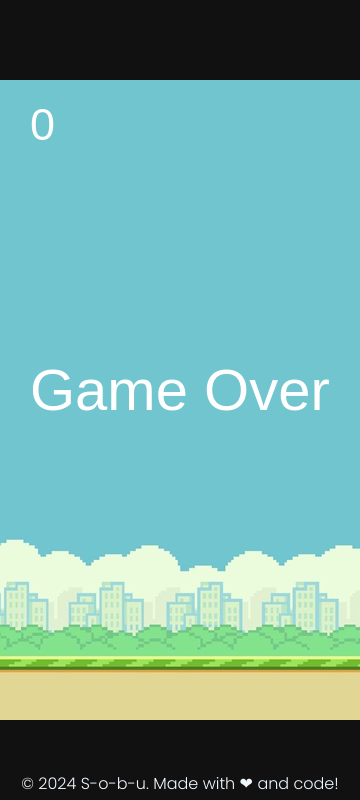
Repository: S-o-b-u/Flappy-Bird
Page: index.html
The author's editor kept a copy of each file at every save. The page is drawn from the files as they stood at one save, then again after a run of saves.
The browser window is 360 px wide. The pictures show the whole page.

Above is the page before, as saved 2024-09-29 23:42:24.

### index.html
<!DOCTYPE html>
<html lang="en">
<head>
    <meta charset="UTF-8">
    <meta name="viewport" content="width=device-width, initial-scale=1.0">
    <title>Flappy Bird</title>
    <link rel="stylesheet" href="style.css">
    <script src="script.js"></script>
</head>
<body>
   <div class="content">
    <div class="text">
        <h1>Flappy Bird</h1>
        <p>Hold onto your feathers! My Flappy Bird clone is here to test your tapping skills. Dive in and flap your way to victory!</p>
    </div>
    <h2>Warning: Highly addictive!</h2>
   </div>
    <canvas id="board"></canvas>
    <h4>© 2024 S-o-b-u. Made with ❤ and code!
    </h4>
</body>
</html>

### style.css
@import url("https://fonts.googleapis.com/css2?family=Poppins:ital,wght@0,100;0,200;0,300;0,400;0,500;0,600;0,700;0,800;0,900;1,100;1,200;1,300;1,400;1,500;1,600;1,700;1,800;1,900&display=swap");
* {
  padding: 0;
  margin: 0;
  box-sizing: border-box;
  font-family: Poppins, system-ui;
}
@font-face {
  font-family: flappy;
  src: url(./FlappybirdyRegular-KaBW.ttf);
}
body,
html {
  overflow: hidden;
  background-color: #111;
}
#board {
  position: absolute;
  left: 50%;
  top: 50%;
  transform: translate(-50%, -50%);

  /* background-color: skyblue; */
  background-image: url(./flappybirdbg.png);
}

.text {
  position: absolute;
  top: 38%;
  left: 4vw;
  color: aliceblue;
}
h1 {
  font-family: flappy;
  font-size: 10vw;
}
p {
  font-family: flappy;
  font-size: 2vw;
  width: 48%;
}
h2 {
  position: absolute;
  top: 40%;
  right: 2vw;
  color: #d91656;
  font-size: 3vw;
  width: 30%;
}
h4 {
  position: absolute;
  color: aliceblue;
  font-weight: 300;
  bottom: 1vw;
  left: 1vw;
}

@media screen and (max-width: 600px) {
  h4 {
    left: 0;
    margin-bottom: 18vw;
    width: 100%;
    display: flex;
    justify-content: center;
    align-items: center;
  }
  .text {
    width: 100%;
    top: 4%;
    left: 0%;
    text-align: center;
  }
  h1 {
    font-size: 25vw;
  }
  h2 {
    display: none;
  }
  p {
    display: none;
  }
}
@media screen and (max-width: 360px) {
  h4 {
    margin-bottom: 0;
    b
    font-size: 4vw;
    width: 100%;
    text-align: center;
  }
  .content {
    display: none;
  }
}

### script.js
//board
let board;
let boardWidth = 360;
let boardHeight = 640;
let context;

//bird
let birdWidth = 34;
let birdHeight = 24;
let birdX = boardWidth / 8;
let birdY = boardHeight / 2;

//bird object
let bird = {
  x: birdX,
  y: birdY,
  width: birdWidth,
  height: birdHeight,
};
let birdImg;

//pipes
let pipeArray = [];
let pipeWidth = 64;
let pipeHeight = 512;

let pipeX = boardWidth;
let pipeY = 0;

let topPipeImg;
let bottomPipeImg;

//physics
let velocityX = -2;
let velocityY = 0;
let gravity = 0.5;

//gameover
let gameOver = false;
//score
let score = 0;

window.onload = function () {
  board = document.getElementById("board");
  board.width = boardWidth;
  board.height = boardHeight;
  context = board.getContext("2d");

  birdImg = new Image();
  birdImg.src = "./flappybird.png";

  document.addEventListener("keydown", moveBird);
  document.addEventListener("touchstart", moveBird);
  board.addEventListener("click", moveBird);
  bird.y += velocityY;

  birdImg.onload = () => {
    context.drawImage(birdImg, bird.x, bird.y, bird.width, bird.height);
  };
  requestAnimationFrame(update);

  topPipeImg = new Image();
  topPipeImg.src = "./toppipe.png";
  bottomPipeImg = new Image();
  bottomPipeImg.src = "./bottompipe.png";

  setInterval(placePipes, 1500);
};

function update() {
  requestAnimationFrame(update);
  if (gameOver) {
    return;
  }
  context.clearRect(0, 0, board.width, board.height);

  // Draw the bird
  velocityY += gravity;
  bird.y += velocityY;
  bird.y = Math.max(bird.y + velocityY, 0);
  if (bird.y > board.height) {
    gameOver = true;
  }
  context.drawImage(birdImg, bird.x, bird.y, bird.width, bird.height);

  // Draw the pipes
  for (let i = 0; i < pipeArray.length; i++) {
    let pipe = pipeArray[i];
    pipe.x += velocityX;
    context.drawImage(pipe.img, pipe.x, pipe.y, pipe.width, pipe.height);
    if (!pipe.passed && bird.x > pipe.x + pipe.width) {
      score += 0.5;
      pipe.passed = true;
    }
    if (detectCollision(bird, pipe)) {
      gameOver = true;
    }
  }
  //clear pipes
while(pipeArray.length > 0 && pipeArray[0].x < -pipeWidth){
  pipeArray.shift();
}
  // Set the fill style and font before calling fillText
  context.fillStyle = "white";
  context.font = "45px sans-serif";
  context.fillText(score, 30, 60);
  if(gameOver){
    context.fillStyle = "white";
    context.font = "58px sans-serif";
  context.fillText("Game Over", 30, 330);

  }
}

function placePipes() {
  if (gameOver) {
    return;
  }
  let randomPipeY = pipeY - pipeHeight / 4 - Math.random() * (pipeHeight / 2);
  //create top pipe object
  let topPipe = {
    img: topPipeImg,
    x: pipeX,
    y: randomPipeY,
    width: pipeWidth,
    height: pipeHeight,
    passed: false,
  };
  pipeArray.push(topPipe);
  let openingSpace = pipeHeight / 4;
  let bottomPipe = {
    img: bottomPipeImg,
    x: pipeX,
    y: randomPipeY + openingSpace + pipeHeight,
    width: pipeWidth,
    height: pipeHeight,
    passed: false,
  };
  pipeArray.push(bottomPipe);
}

function moveBird(e) {
  if (e.code == "Space" || e.code == "ArrowUp") {
    velocityY = -5;
    if(gameOver){
      bird.y = birdY;
      pipeArray = [];
      score = 0;
      gameOver = false;
    }
  }else if (e.type === "touchstart" || e.type === "click") {
    velocityY = -5;
    if(gameOver){
      bird.y = birdY;
      pipeArray = [];
      score = 0;
      gameOver = false;
    }
  }
}

function detectCollision(a, b) {
  return (
    a.x < b.x + b.width &&
    a.x + a.width > b.x &&
    a.y < b.y + b.height &&
    a.y + a.height > b.y
  );
}

After the next 3 saves:
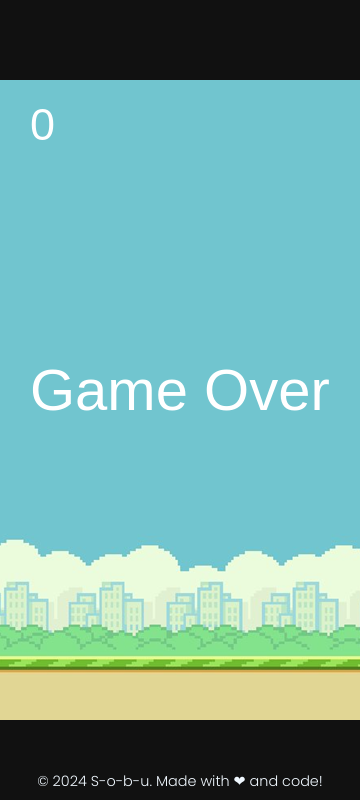
The 3 saves are shown as one change because they came seconds apart.
The last was saved 10 s later.
--- a/style.css
+++ b/style.css
@@ -83,7 +83,7 @@
 @media screen and (max-width: 360px) {
   h4 {
     margin-bottom: 0;
-    b
+    bottom: 1vh;
     font-size: 4vw;
     width: 100%;
     text-align: center;
